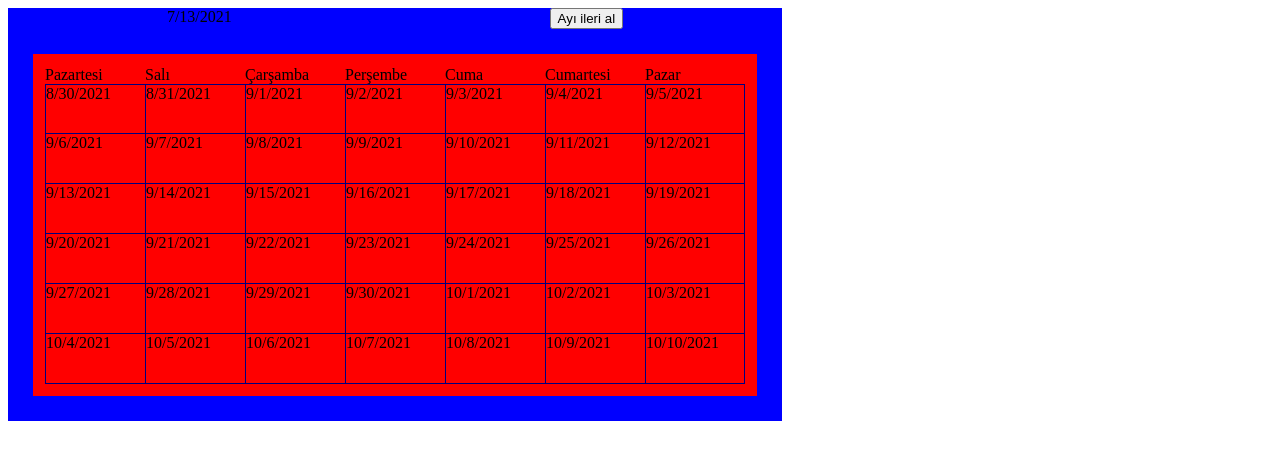
Repository: ahmetbugraozcan/javascript-calendar
Page: tablo.html
These files come from the project's save history. The page is drawn as it stood at one moment and after the next save; the edit follows.
The browser window is 1280 px wide. The pictures show the whole page.

Above is the page before, as saved 2021-07-13 10:33:32.

### tablo.html
<!DOCTYPE html>
<html lang="en">

<head>
    <meta charset="UTF-8">
    <meta http-equiv="X-UA-Compatible" content="IE=edge">
    <meta name="viewport" content="width=device-width, initial-scale=1.0">
    <title>Document</title>
</head>
<!--pazartesi salı çarş... için arrayler oluştur. arraylere göre günleri yerleştir.-->
<style>
    * {
        box-sizing: border-box;
    }

    .cell-last {
        border-right: 1px solid navy;

    }

    .cell-top {
        border-top: 1px solid navy;
    }

    /* her hücre*/
    .cell,
    .cell-top,
    .cell-last {
        text-overflow: clip;
        white-space: nowrap;
        overflow: hidden;
        border-bottom: 1px solid navy;
        border-left: 1px solid navy;
        width: 100px;
        height: 50px;
    }


    /*tablonun kendisi*/
    .calendar {
        margin: 25px;
        padding: 12px;
        display: flex;
        width: fit-content;
        background-color: red;
    }


    .container {
        background-color: blue;
        display: flex;
        width: fit-content;
        flex-direction: column;
    }

    .test {
        display: flex;
        justify-content: space-around;
    }
</style>

<body>

    <div class="container">

        <div class="test">
            <span id="currentDate"></span>

            <span><button type="button" onclick="nextDate()">Ayı ileri al</button></span>
        </div>
        <div class="calendar">
            <div>
                <div>Pazartesi</div>
                <div class="cell-top" id="pazartesi0">1</div>
                <div class="cell" id="pazartesi1">1</div>
                <div class="cell" id="pazartesi2">1</div>
                <div class="cell" id="pazartesi3">1</div>
                <div class="cell" id="pazartesi4">1</div>
                <div class="cell" id="pazartesi5">1</div>
            </div>
            <div>
                <div>Salı</div>
                <div class="cell-top" id="sali0">1</div>
                <div class="cell" id="sali1">1</div>
                <div class="cell" id="sali2">1</div>
                <div class="cell" id="sali3">1</div>
                <div class="cell" id="sali4">1</div>
                <div class="cell" id="sali5">1</div>
            </div>
            <div>
                <div>Çarşamba</div>
                <div class="cell-top" id="carsamba0">1</div>
                <div class="cell" id="carsamba1">1</div>
                <div id="carsamba2" class="cell">1</div>
                <div id="carsamba3" class="cell">1</div>
                <div id="carsamba4" class="cell">1</div>
                <div id="carsamba5" class="cell">1</div>
            </div>
            <div>
                <div>Perşembe</div>
                <div class="cell-top" id="persembe0">1</div>
                <div class="cell" id="persembe1">1</div>
                <div id="persembe2" class="cell">1</div>
                <div id="persembe3" class="cell">1</div>
                <div id="persembe4" class="cell">1</div>
                <div id="persembe5" class="cell">1</div>
            </div>
            <div>
                <div>Cuma</div>
                <div class="cell-top" id="cuma0">1</div>
                <div class="cell" id="cuma1">1</div>
                <div id="cuma2" class="cell">1</div>
                <div id="cuma3" class="cell">1</div>
                <div id="cuma4" class="cell">1</div>
                <div id="cuma5" class="cell">1</div>
            </div>
            <div>
                <div>Cumartesi</div>
                <div class="cell-top" id="cumartesi0">1</div>
                <div class="cell" id="cumartesi1">1</div>
                <div class="cell" id="cumartesi2">1</div>
                <div class="cell" id="cumartesi3">1</div>
                <div class="cell" id="cumartesi4">1</div>
                <div class="cell" id="cumartesi5">1</div>

            </div>
            <div>
                <div>Pazar</div>
                <div id="pazar0" class="cell-top" style="border-right: 1px solid navy;">1</div>
                <div id="pazar1" class="cell-last">1</div>
                <div id="pazar2" class="cell-last">1</div>
                <div id="pazar3" class="cell-last">1</div>
                <div id="pazar4" class="cell-last">1</div>
                <div id="pazar5" class="cell-last">1</div>
            </div>
        </div>
    </div>
    <script>
        function daysInMonth(month, year) {
            return new Date(year, month, 0).getDate();
        }
        var currentDate = new Date();
        var pazartesi = [];
        var sali = [];
        var carsamba = [];
        var persembe = [];
        var cuma = [];
        var cumartesi = [];
        var pazar = [];
        var gunler = ["pazar", "pazartesi", "sali", "carsamba", "persembe", "cuma", "cumartesi"];
        var baslanacakDate = new Date(currentDate.getFullYear(),8 , 1);

        fillCalendar();




        function fillCalendar(){
            console.log("Buraya girdik")
        var firstDate = baslanacakDate.getDay();
        if (firstDate == 0) {
            firstDate = 7;
        }
        baslanacakDate.setDate((baslanacakDate.getDate()) - (firstDate));
        // var today = new Date();
        // var todayWithoutTime = new Date(today.getFullYear(), today.getMonth(), today.getDate() );


        var counter = 0;
        for (let i = 1; i <= 42; i++) {
            baslanacakDate.setDate((baslanacakDate.getDate()) + (1));
            // bir tabloda 42 gün var o ayın kaç çektiğini bul bu aydan geriye kaç sayacağız ona bul bu aydan ileri kaç sayacağız onu bul ve ona göre bir date oluştur.
            //ardından bu for döngüsünü kullan

            // if(baslanacakDate.toDateString() ==  todayWithoutTime.toDateString()){
            //     console.log("bugün eşitlendi : " + i);
            //     counter = i;
            // }

            switch (baslanacakDate.getDay()) {
                case 0:
                    pazar.push(baslanacakDate.toLocaleDateString());

                    break;
                case 1:
                    pazartesi.push(baslanacakDate.toLocaleDateString());
                    break;
                case 2:
                    sali.push(baslanacakDate.toLocaleDateString());
                    break;
                case 3:
                    carsamba.push(baslanacakDate.toLocaleDateString());
                    break;

                case 4:
                    persembe.push(baslanacakDate.toLocaleDateString());
                    break;

                case 5:
                    cuma.push(baslanacakDate.toLocaleDateString());
                    break;

                case 6:
                    cumartesi.push(baslanacakDate.toLocaleDateString());
                    break;
            }
        }


        document.getElementById("currentDate").innerHTML = currentDate.toLocaleDateString();
        for (let i = 0; i < 6; i++) {
            document.getElementById(`pazar${i}`).innerHTML = pazar[i];
            document.getElementById(`pazartesi${i}`).innerHTML = pazartesi[i];
            document.getElementById(`sali${i}`).innerHTML = sali[i];
            document.getElementById(`carsamba${i}`).innerHTML = carsamba[i];
            document.getElementById(`persembe${i}`).innerHTML = persembe[i];
            document.getElementById(`cuma${i}`).innerHTML = cuma[i];
            document.getElementById(`cumartesi${i}`).innerHTML = cumartesi[i];
            if (pazar[i] == currentDate.toLocaleDateString()) {
                console.log("Bugün pazar");
                document.getElementById(`pazar${i}`).style.backgroundColor = "white";
            }

            else if (pazartesi[i] == currentDate.toLocaleDateString()) {
                console.log("Bugün pazartesi");
                document.getElementById(`pazartesi${i}`).style.backgroundColor = "white";
            } else if (sali[i] == currentDate.toLocaleDateString()) {
                console.log("Bugün sali");
                document.getElementById(`sali${i}`).style.backgroundColor = "white";
            } else if (carsamba[i] == currentDate.toLocaleDateString()) {
                console.log("Bugün carsamba");
                document.getElementById(`carsamba${i}`).style.backgroundColor = "white";
            } else if (persembe[i] == currentDate.toLocaleDateString()) {
                console.log("Bugün persembe");
                document.getElementById(`persembe${i}`).style.backgroundColor = "white";
            } else if (cuma[i] == currentDate.toLocaleDateString()) {
                console.log("Bugün cuma");
                document.getElementById(`cuma${i}`).style.backgroundColor = "white";
            } else if (cumartesi[i] == currentDate.toLocaleDateString()) {
                console.log("Bugün cumartesi");
                document.getElementById(`cumartesi${i}`).style.backgroundColor = "white";
            }
        }
        }
        function nextDate(){
            pazar = [];
            pazartesi = [];
            sali = [];
            carsamba = [];
            persembe = [];
            cuma = [];
            cumartesi = [];
            baslanacakDate.setMonth((baslanacakDate.getMonth()) + (1));
            console.log("datemiz :  " + baslanacakDate);

           }
    </script>



</html>

After the next save:
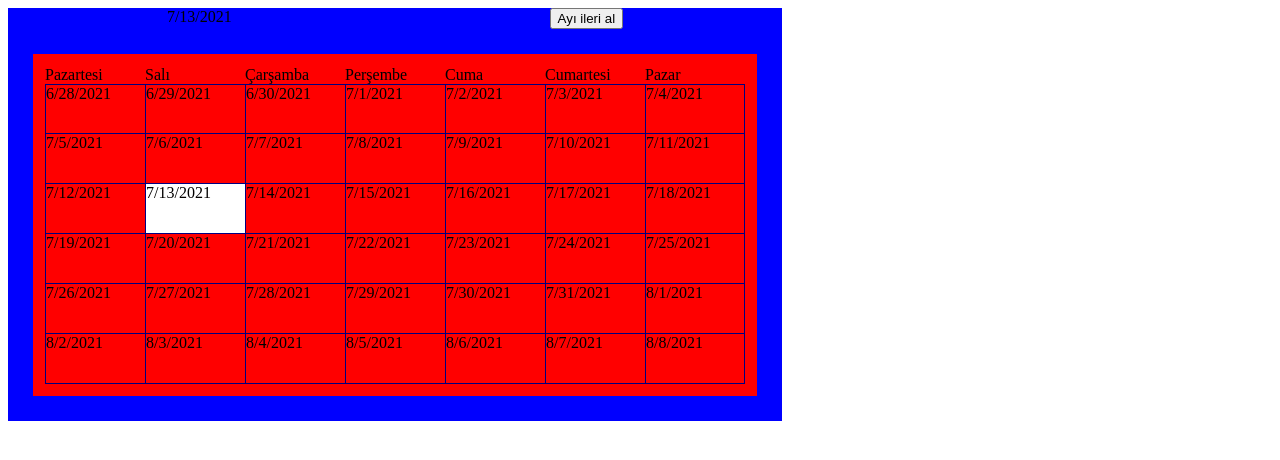
Saved 96 s later.
--- a/tablo.html
+++ b/tablo.html
@@ -148,7 +148,7 @@
         var cumartesi = [];
         var pazar = [];
         var gunler = ["pazar", "pazartesi", "sali", "carsamba", "persembe", "cuma", "cumartesi"];
-        var baslanacakDate = new Date(currentDate.getFullYear(),8 , 1);
+        var baslanacakDate = new Date(currentDate.getFullYear(),currentDate.getMonth() , 1);
 
         fillCalendar();
 
@@ -250,7 +250,7 @@
             persembe = [];
             cuma = [];
             cumartesi = [];
-            baslanacakDate.setMonth((baslanacakDate.getMonth()) + (1));
+            baslanacakDate.setMonth(baslanacakDate.getMonth() + 1);
             console.log("datemiz :  " + baslanacakDate);
 
            }
